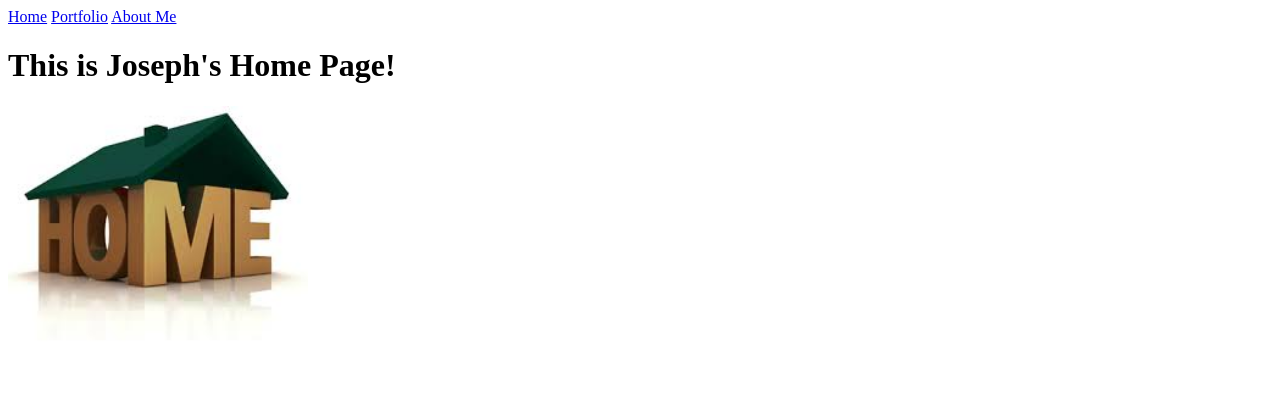
Repository: umana661/umana661.github.io
Page: my_website/index.html
The author's editor kept a record of every edit. The page is drawn from the files as they stood at one moment, then again after the next edit.
The browser window is 1280 px wide. The pictures show the whole page.

Above is the page before.

### my_website/index.html
<!doctype html>
<html lang="en">
  <head>
    <meta charset="utf-8">
    <title>Home</title>
  </head>
  <body>
    <a href="index.html">Home</a>
    <a href="portfolio.html">Portfolio</a>
    <a href="about_me.html">About Me</a>
    <h1>This is Joseph's Home Page!</h1>
    <img src="images/home.jpg" height="250">
  </body>
</html>

After the next edit:
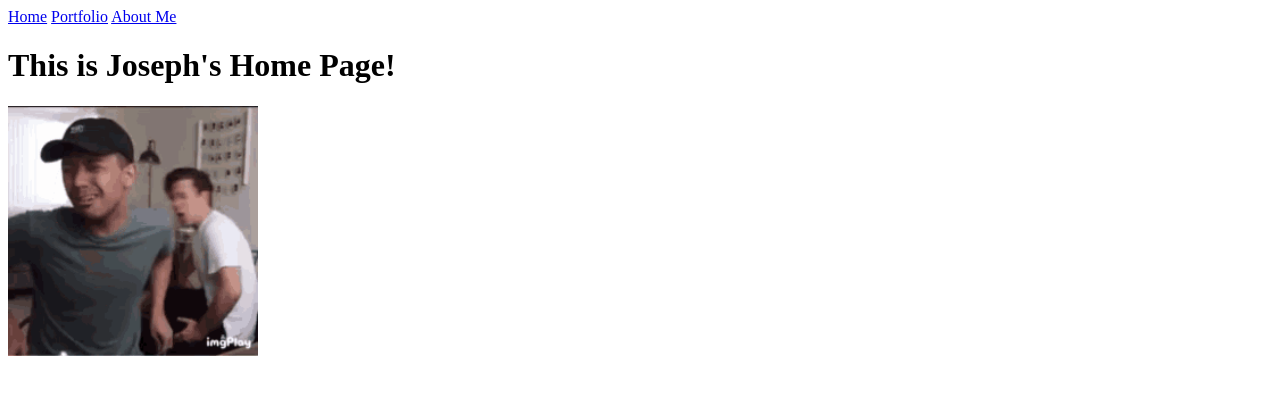
The edit:
--- a/my_website/index.html
+++ b/my_website/index.html
@@ -9,6 +9,6 @@
     <a href="portfolio.html">Portfolio</a>
     <a href="about_me.html">About Me</a>
     <h1>This is Joseph's Home Page!</h1>
-    <img src="images/home.jpg" height="250">
+    <img src="images/tenor.gif" height="250">
   </body>
 </html>
